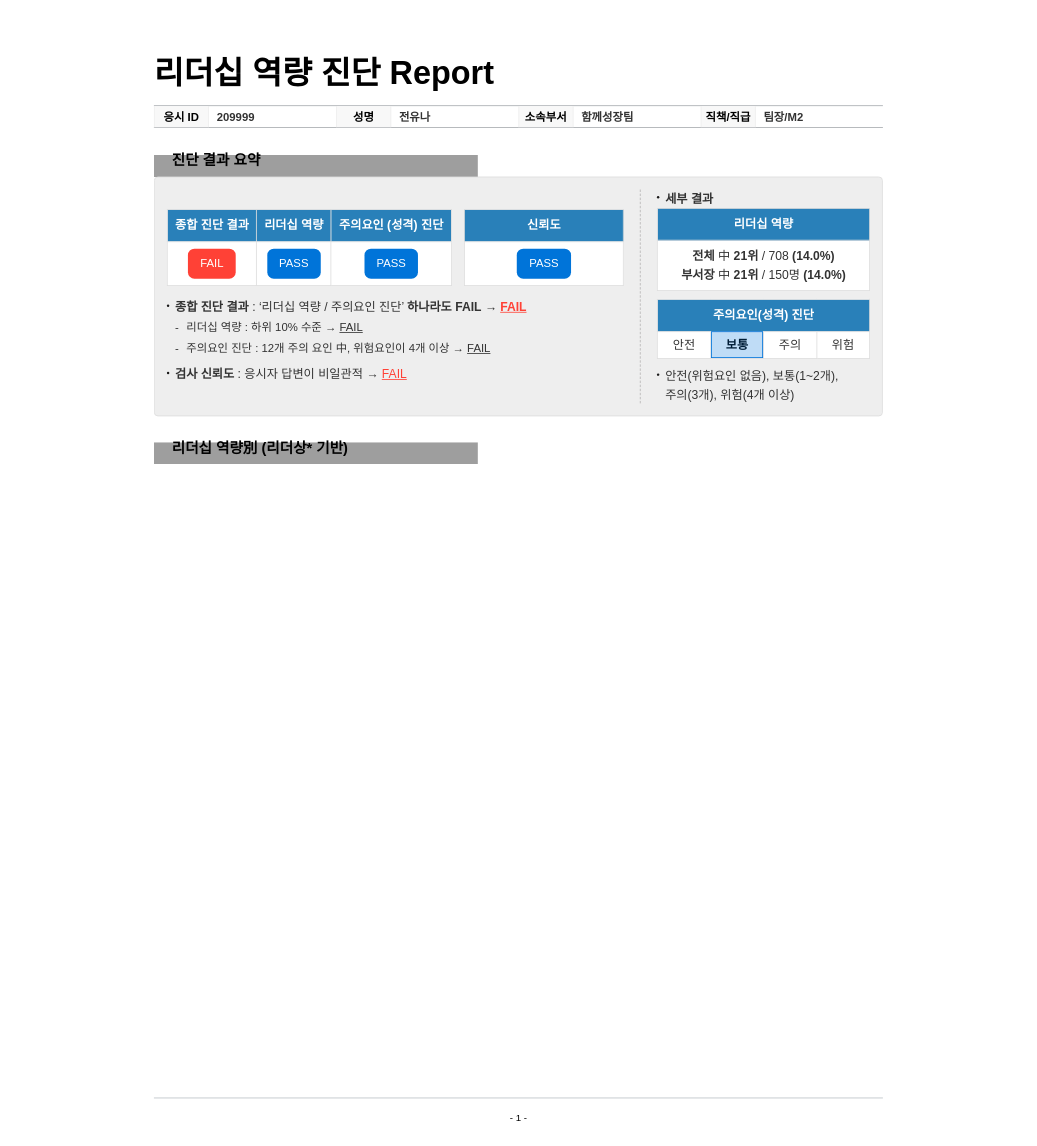
Repository: richosj/report
Page: index.html
These files come from the project's save history. The page is drawn as it stood at one moment and after the next save; the edit follows.
The browser window is 1280 px wide. The pictures show the whole page, at 81% of full size.
Pictures or frames that could not be fetched are drawn as grey boxes. Some web fonts or font styles are not loaded; a fallback is used. The style sheet was rebuilt from its Sass, Less or Tailwind sources for each picture, by a compiler version that may differ from the author's.

Above is the page before, as saved 2024-09-21 22:24:16.

After the next save:
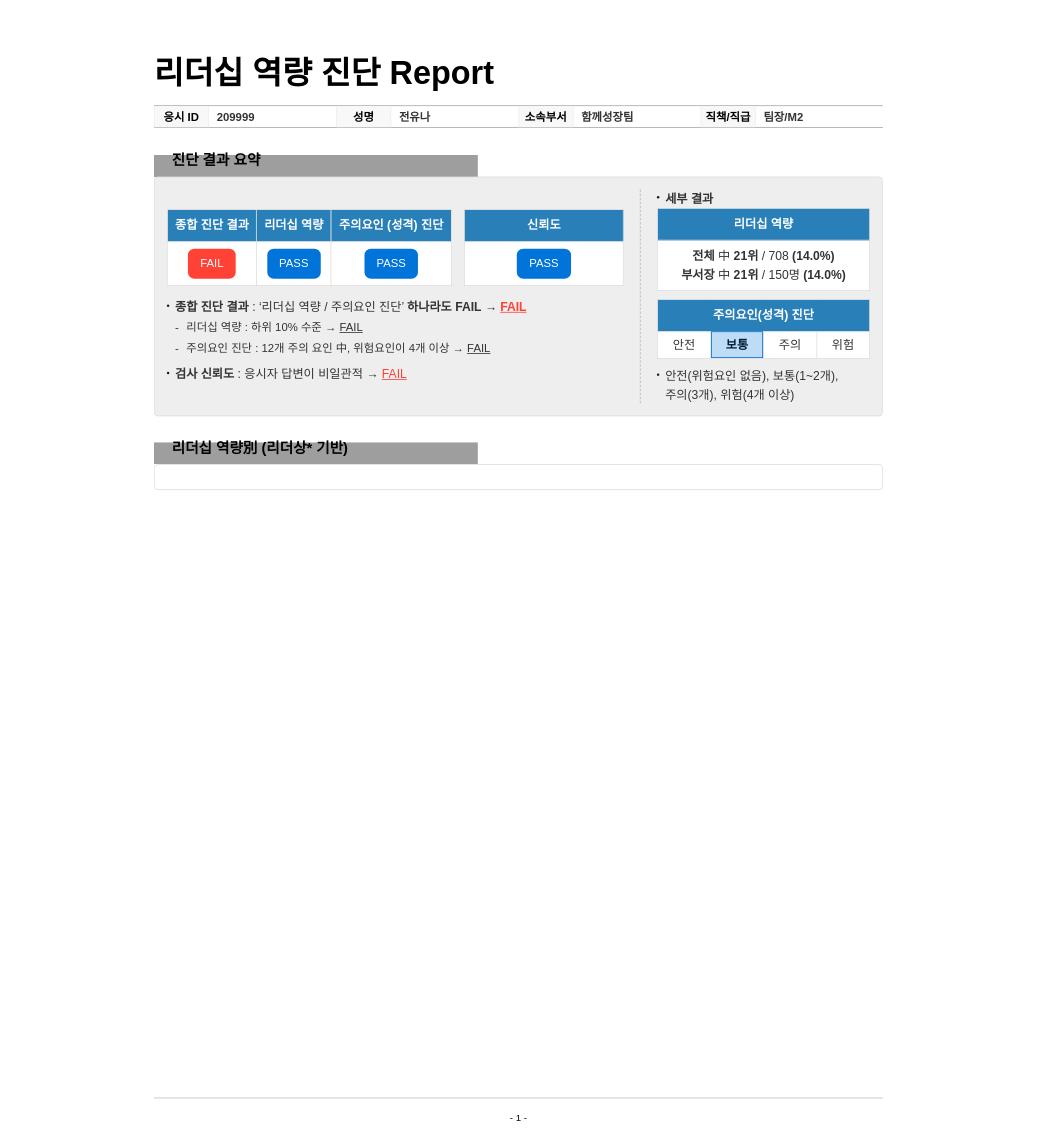
Saved 46 s later.
--- a/index.html
+++ b/index.html
@@ -145,6 +145,10 @@
 
                 <div class="section">
                     <h2 class="page_title2">리더십 역량別 (리더상* 기반)</h2>
+
+                    <div class="alert-bg alert-bg-blue">
+
+                    </div>
                 </div>
 
             </div>
